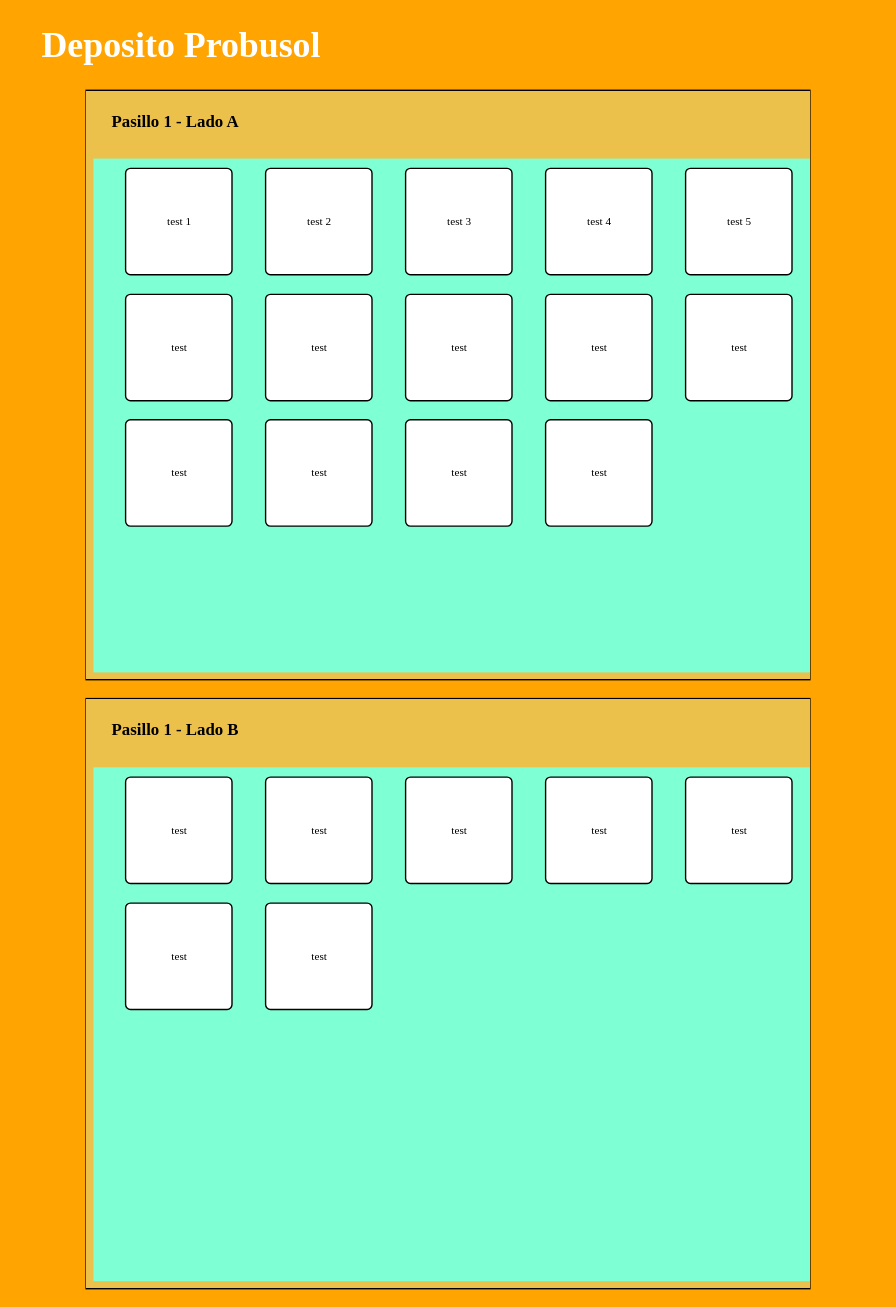
Repository: Franzcod/DepoStock_Web
Page: index.html
These files come from the project's save history. The page is drawn as it stood at one moment and after the next save; the edit follows.
The browser window is 1280 px wide. The pictures show the whole page, at 70% of full size.

Above is the page before, as saved 2020-06-07 18:37:29.
Console error: ReferenceError: ur is not defined

### index.html
<!DOCTYPE html>
<html lang="en">
<head>
    <meta charset="UTF-8">
    <meta name="viewport" content="width=device-width, initial-scale=1.0">
    <title>Deposito Probusol</title>

    <link rel="stylesheet" href="estilo/estilo.css">
</head>
<body>

    <div class="titulo">
        <h1>Deposito Probusol</h1>
    </div>


    <div class="app">
        <h2>Pasillo 1 - Lado A</h2>

        <ul class="hs">
            <li class="item">test 1</li>
            <li class="item">test 2</li>
            <li class="item">test 3</li>
            <li class="item">test 4</li>
            <li class="item">test 5</li>
            <li class="item">test 6</li>
            <li class="item">test 7</li>
            <li class="item">test 8</li>
            <li class="item">test 9</li>
            <li class="item">test</li>
            <li class="item">test</li>
            <li class="item">test</li>
            <li class="item">test</li>
            <li class="item">test</li>
            <li class="item">test</li>
            <li class="item">test</li>
            <li class="item">test</li>
            <li class="item">test</li>
            <li class="item">test</li>
            <li class="item">test</li>
            <li class="item">test</li>
            <li class="item">test</li>
            <li class="item">test</li>
            <li class="item">test</li>

        </ul>

        <!-- <div class="container">
            <div class="item">
            <h3>Block for context</h3>
            </div>
        </div> -->
    </div>

    <div class="app">
        <h2>Pasillo 1 - Lado B</h2>

        <ul class="hs">
            <li class="item">test</li>
            <li class="item">test</li>
            <li class="item">test</li>
            <li class="item">test</li>
            <li class="item">test</li>
            <li class="item">test</li>
            <li class="item">test</li>
            <li class="item">test</li>
            <li class="item">test</li>
            <li class="item">test</li>
            <li class="item">test</li>
            <li class="item">test</li>

        </ul>

        <!-- <div class="container">
            <div class="item">
            <h3>Block for context</h3>
            </div>
        </div> -->
    </div>






    <script>ur</script>

</body>







</html>

### estilo/estilo.css
html{
    background-color: rgba(255, 164, 0, 1);
}

.titulo{
    margin: 2vw 4vw;
    align-items: flex-start;
    color: #fff;
    font-size: 2vw;
}


:root {
--gutter: 20px;
}

.app {
    padding: 10px;
    display: grid;
    grid-gap: var(--gutter) 0;
    border: 2px solid black;
    /* grid-template-columns: var(--gutter) 1fr var(--gutter);  */
    align-content: start;
    width: 80%;
    height: 75%;
    background: rgb(235, 192, 75);
    /* overflow-y: scroll; */
    margin: 2vw auto;
    overflow-x: auto;
}


.hs {
    display: grid;
    grid-template-columns: repeat(10, 1fr);
    grid-template-rows: repeat(4, 1fr);
    overflow-x: auto;
    /* scroll-snap-type: x proximity; */
    padding-bottom: calc(.75 * var(--gutter));

    background-color: aquamarine;
    width: 2000px;

    align-items: center;
    margin: auto;
}

h2{
    margin-left: 2vw;
}
h3 {
    margin: auto;
}

li{
    display: flex;
    flex-direction: column;
}


.hs > li,
.item {
    /* scroll-snap-align: center; */
    /* padding: 2px;  */
    display: flex;
    flex-direction: column;
    justify-content: center;
    align-items: center;
    background: #fff;
    border: 2px solid black;
    border-radius: 8px;
    height: 150px;
    width: 150px;
    margin: 1vw 5px;

}

After the next save:
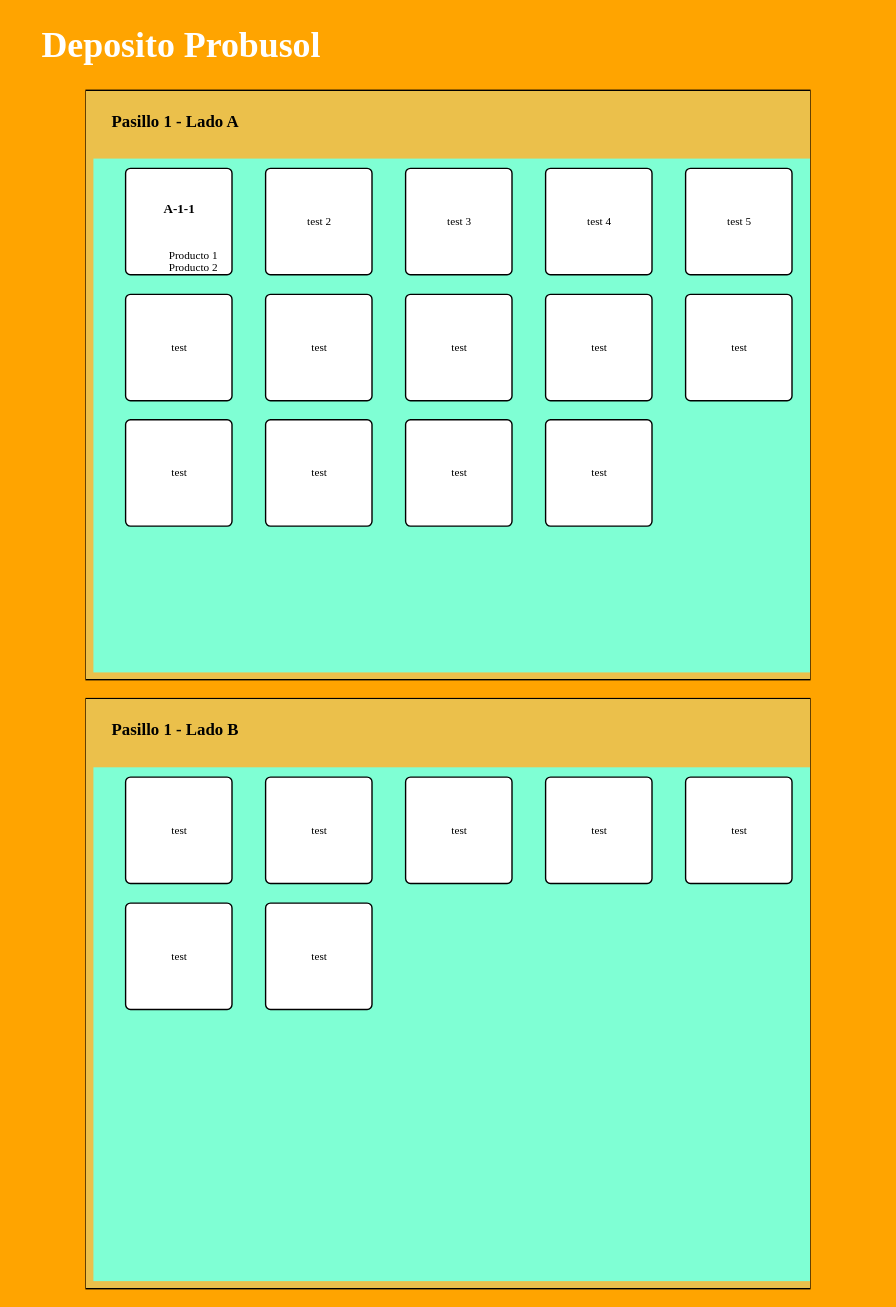
Saved 2 min 35 s later.
--- a/index.html
+++ b/index.html
@@ -18,7 +18,14 @@
         <h2>Pasillo 1 - Lado A</h2>
 
         <ul class="hs">
-            <li class="item">test 1</li>
+            <li class="item">
+                <h3>A-1-1</h3>
+                <ul>
+                    <li> Producto 1</li>
+                    <li> Producto 2</li>
+
+                </ul>
+            </li>
             <li class="item">test 2</li>
             <li class="item">test 3</li>
             <li class="item">test 4</li>
